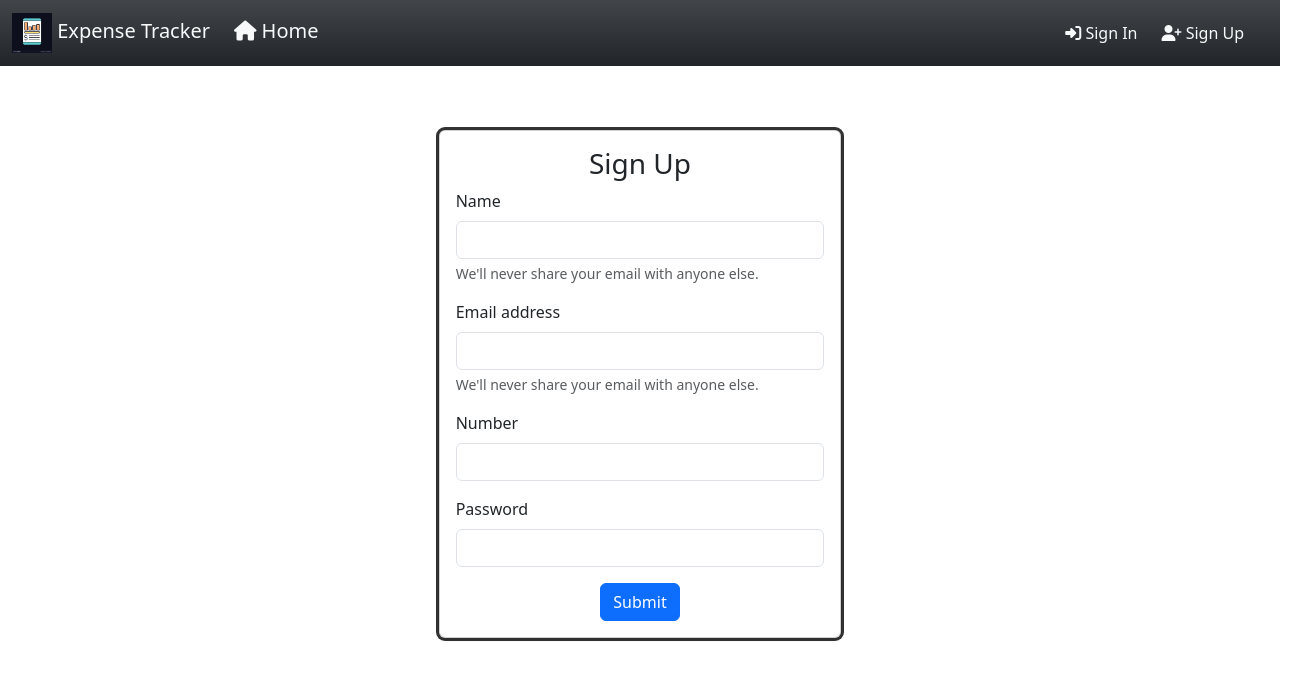
Repository: Gaurav560/OnlineExpenseTracker
Page: http://localhost/Online_Expense_Tracker/register.jsp
The author's editor kept a copy of each file at every save. The page is drawn from the files as they stood at one save, then again after the next save.
The browser window is 1280 px wide. The page is 1292 px wide, so the pictures cover 1292 px, including what lies to the right of the window. The pictures show the whole page.
The page is served by Tomcat 9. Other server files are loaded and not shown.

Above is the page before, as saved 2023-05-04 14:47:52.

### Online_Expense_Tracker/src/main/webapp/register.jsp
<%@ page language="java" contentType="text/html; charset=ISO-8859-1"
	pageEncoding="ISO-8859-1"%>
<!DOCTYPE html>
<html>
<head>
<meta charset="ISO-8859-1">
<title>Insert title here</title>
<%@include file="component/all_css.jsp"%>
</head>
<style>
.shadow {
	box-shadow: rgba(0, 0, 0, 0.17) 0px -23px 25px 0px inset,
		rgba(0, 0, 0, 0.15) 0px -36px 30px 0px inset, rgba(0, 0, 0, 0.1) 0px
		-79px 40px 0px inset, rgba(0, 0, 0, 0.06) 0px 2px 1px,
		rgba(0, 0, 0, 0.09) 0px 4px 2px, rgba(0, 0, 0, 0.09) 0px 8px 4px,
		rgba(0, 0, 0, 0.09) 0px 16px 8px, rgba(0, 0, 0, 0.09) 0px 32px 16px;
}
</style>
<body>
	<!-- NAVBAR starts here -->
	<%@include file="component/navbar.jsp"%>
	<!-- NAVBAR ends here  -->

	<div class="contaier">
		<div class="row">
			<div class="col-md-4 offset-md-4 p-3">
				<div class="card mt-5" style="box-shadow: rgba(0, 0, 0, 0.16) 0px 1px 4px, rgb(51, 51, 51) 0px 0px 0px 3px;">
					<div class="card-body">
						<h3 class="card-title text-center">Sign Up</h3>

						<form>


							<div class="mb-3">
								<label for="exampleInputName1" class="form-label">Name </label>
								<input type="text" class="form-control" id="exampleInputName1"
									aria-describedby="nameHelp">
								<div id="emailHelp" class="form-text">We'll never share
									your email with anyone else.</div>
							</div>
							<div class="mb-3">
								<label for="exampleInputEmail1" class="form-label">Email
									address</label> <input type="email" class="form-control"
									id="exampleInputEmail1" aria-describedby="emailHelp">
								<div id="emailHelp" class="form-text">We'll never share
									your email with anyone else.</div>
							</div>

							<div class="mb-3">
								<label for="exampleInputnumber1" class="form-label">Number
								</label> <input type="number" class="form-control"
									id="exampleInputNumber1" aria-describedby="numberHelp">
								<div id="numberHelp" class="form-text"></div>
							</div>
							<div class="mb-3">
								<label for="exampleInputPassword1" class="form-label">Password</label>
								<input type="password" class="form-control"
									id="exampleInputPassword1">
							</div>
							<div class="text-center">

								<button type="submit" class="btn btn-primary">Submit</button>
							</div>

						</form>


					</div>
				</div>






			</div>







		</div>

	</div>



</body>
</html>

### Online_Expense_Tracker/src/main/webapp/component/all_css.jsp
<!--css cdn   -->
<link
	href="https://cdn.jsdelivr.net/npm/bootstrap@5.3.0-alpha3/dist/css/bootstrap.min.css"
	rel="stylesheet"
	integrity="sha384-KK94CHFLLe+nY2dmCWGMq91rCGa5gtU4mk92HdvYe+M/SXH301p5ILy+dN9+nJOZ"
	crossorigin="anonymous">



<!-- font awesome cdn  -->

<link rel="stylesheet"
	href="https://cdnjs.cloudflare.com/ajax/libs/font-awesome/6.4.0/css/all.min.css"
	integrity="sha512-iecdLmaskl7CVkqkXNQ/ZH/XLlvWZOJyj7Yy7tcenmpD1ypASozpmT/E0iPtmFIB46ZmdtAc9eNBvH0H/ZpiBw=="
	crossorigin="anonymous" referrerpolicy="no-referrer" />



<!--  js cdn -->
	<script
		src="https://cdn.jsdelivr.net/npm/bootstrap@5.3.0-alpha3/dist/js/bootstrap.bundle.min.js"
		integrity="sha384-ENjdO4Dr2bkBIFxQpeoTz1HIcje39Wm4jDKdf19U8gI4ddQ3GYNS7NTKfAdVQSZe"
		crossorigin="anonymous"></script>

### Online_Expense_Tracker/src/main/webapp/component/navbar.jsp
<!--Navbar starts here  -->


	<nav class="navbar navbar-expand-lg bg-dark  bg-gradient">
		<div class="container-fluid">
			<a class="navbar-brand text-light" href="#"><img
				src="img/expenseTracker.jpg" style="height: 40px; width: 40px;">
				Expense Tracker</a>
			<button class="navbar-toggler" type="button"
				data-bs-toggle="collapse" data-bs-target="#navbarSupportedContent"
				aria-controls="navbarSupportedContent" aria-expanded="false"
				aria-label="Toggle navigation">
				<span class="navbar-toggler-icon"></span>
			</button>
			<div class="collapse navbar-collapse" id="navbarSupportedContent">

				<ul class="navbar-nav me-auto mb-2 mb-lg-0">
					<li class="nav-item"><a class="nav-link active text-light fs-5 mb-1"
						aria-current="page" href="index.jsp"><i class="fa-solid fa-house"></i>
							Home</a></li>

				</ul>


				<ul class="navbar-nav ms-auto mb-2 mb-lg-0 me-3">

					<li class="nav-item me-2"><a class="nav-link active text-light"
						href="login.jsp"><i class="fa-solid fa-right-to-bracket"></i> Sign In</a></li>


					<li class="nav-item "><a class="nav-link active text-light "
						href="register.jsp"><i class="fa-solid fa-user-plus"></i> Sign Up</a></li>

				</ul>


			</div>
		</div>
	</nav>
	<!-- Navbar ends here  -->

After the next save:
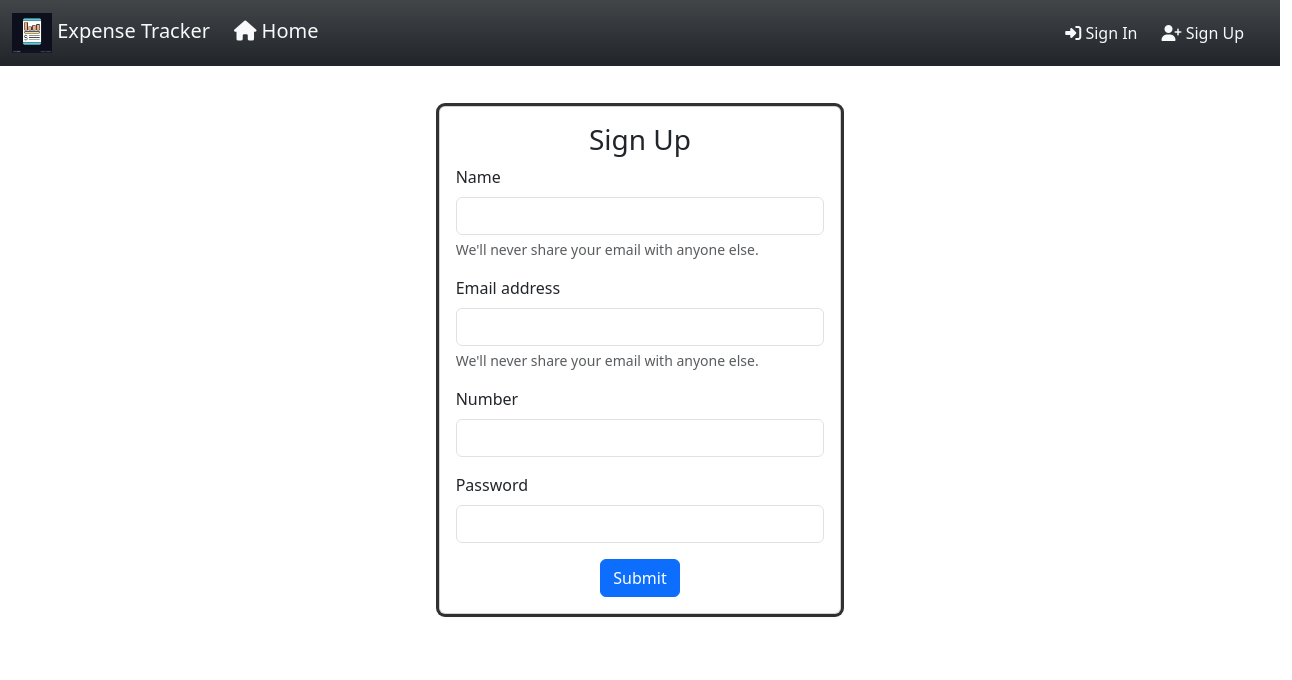
Saved 28 s later.
--- a/Online_Expense_Tracker/src/main/webapp/register.jsp
+++ b/Online_Expense_Tracker/src/main/webapp/register.jsp
@@ -24,7 +24,8 @@
 	<div class="contaier">
 		<div class="row">
 			<div class="col-md-4 offset-md-4 p-3">
-				<div class="card mt-5" style="box-shadow: rgba(0, 0, 0, 0.16) 0px 1px 4px, rgb(51, 51, 51) 0px 0px 0px 3px;">
+				<div class="card mt-4"
+					style="box-shadow: rgba(0, 0, 0, 0.16) 0px 1px 4px, rgb(51, 51, 51) 0px 0px 0px 3px;">
 					<div class="card-body">
 						<h3 class="card-title text-center">Sign Up</h3>
 
